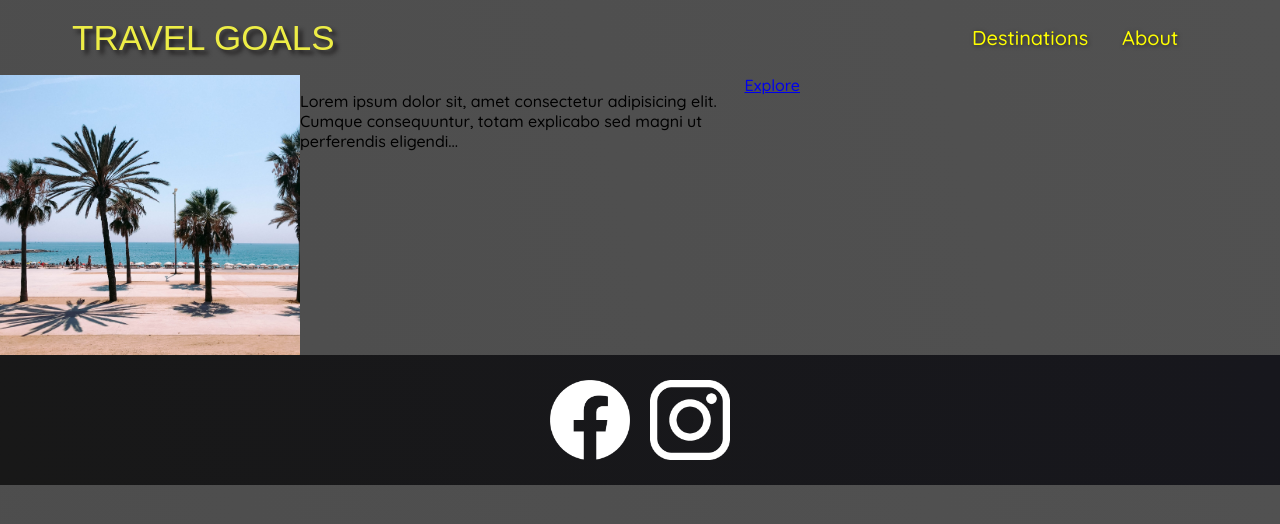
Repository: MicTomm/Travel-Goals
Page: places.html
These files come from the project's save history. The page is drawn as it stood at one moment and after the next save; the edit follows.
The browser window is 1280 px wide. The pictures show the whole page.
Some web fonts or font styles are not loaded; a fallback is used.

Above is the page before, as saved 2023-06-08 20:15:53.

After the next save:
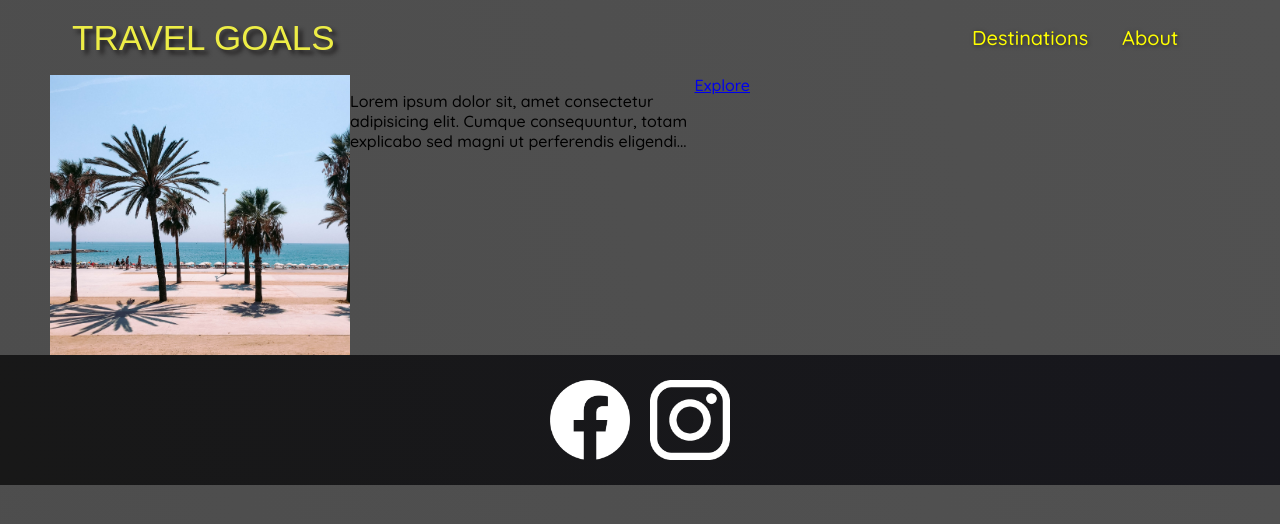
Saved 50 s later.
--- a/styles/places.css
+++ b/styles/places.css
@@ -16,6 +16,7 @@ main ul {
 
 main li {
     display: flex;
+    margin: 0px 50px;
 }
 
 main li img {
